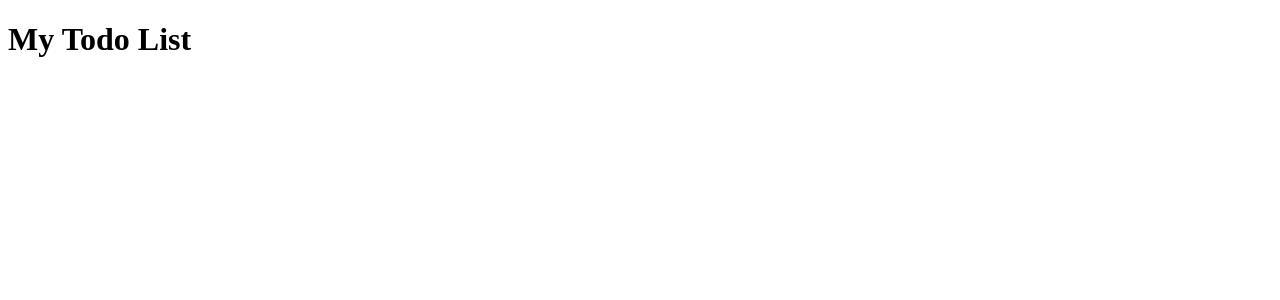
Repository: harshit-technocrat11/basic-DOM-projects
Page: 03-todo-list/index.html
The author's editor kept a copy of each file at every save. The page is drawn from the files as they stood at one save, then again after the next save.
The browser window is 1280 px wide. The pictures show the whole page.

Above is the page before, as saved 2025-09-07 18:59:42.

After the next save:
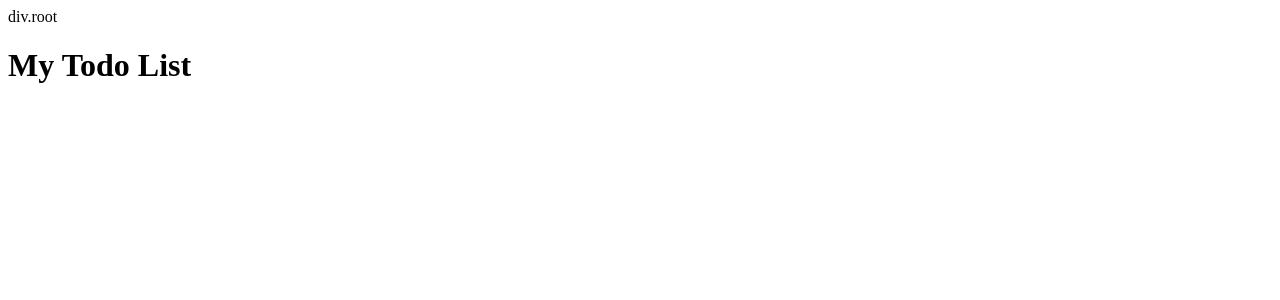
Saved 10 s later.
--- a/03-todo-list/index.html
+++ b/03-todo-list/index.html
@@ -8,6 +8,7 @@
 </head>
 <body>
 
+    div.root
     <h1>My Todo List</h1>
 
 

After the 3 saves that followed:
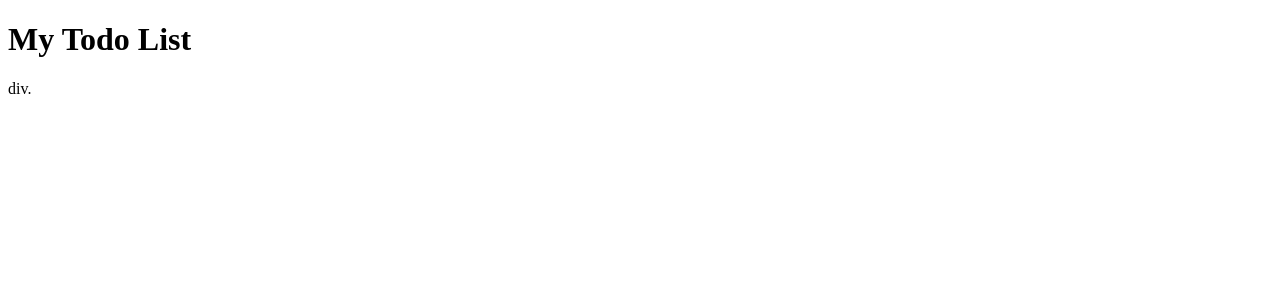
The 3 saves are shown as one change because they came seconds apart.
The last was saved 9 s later.
--- a/03-todo-list/index.html
+++ b/03-todo-list/index.html
@@ -8,8 +8,12 @@
 </head>
 <body>
 
-    div.root
-    <h1>My Todo List</h1>
+    <div class="root-container">
+        <h1>My Todo List</h1>
+
+        div.
+
+    </div>
 
 
     <script src="scripts/script.js"></script>
